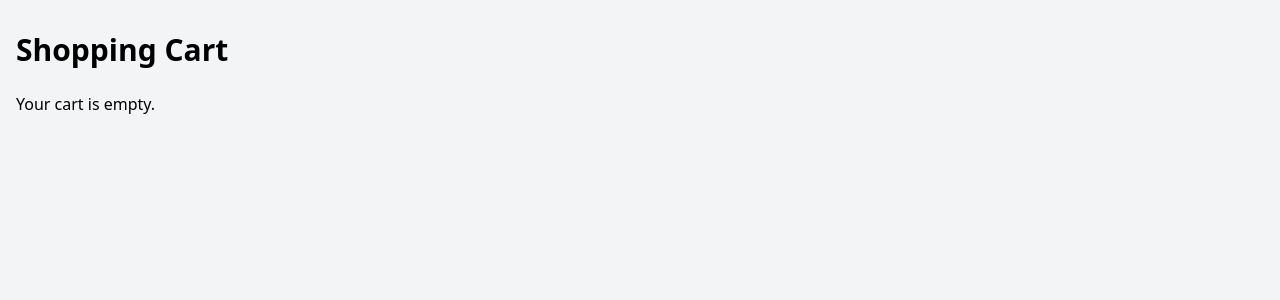
Repository: AsirAl-Anan/php-eccomerce
Page: http://localhost/admin/cart.php
The author's editor kept a copy of each file at every save. The page is drawn from the files as they stood at one save, then again after a run of saves.
The browser window is 1280 px wide. The pictures show the whole page.
Some web libraries are served in a nearby version. The page is run by PHP 8.4 with error messages shown; the project is at /var/www/html/.

Above is the page before, as saved 2024-08-12 00:27:26.

After the next 3 saves:
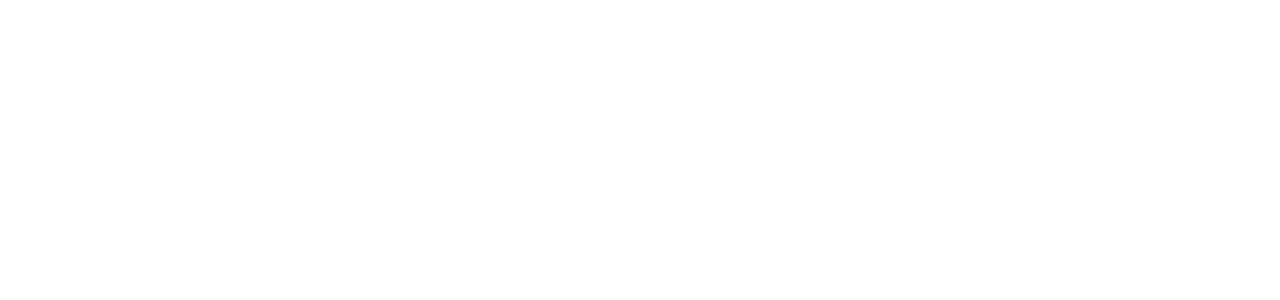
The 3 saves are shown as one change because they came seconds apart.
The last was saved 23 h 40 min later.
--- a/admin/cart.php
+++ b/admin/cart.php
@@ -1,4 +1,4 @@
-<?php
+<!-- <?php
 session_start();
 require_once '../config/config.php';
 
@@ -103,4 +103,4 @@
     }
     </script>
 </body>
-</html>
+</html> -->

After the 6 saves that followed:
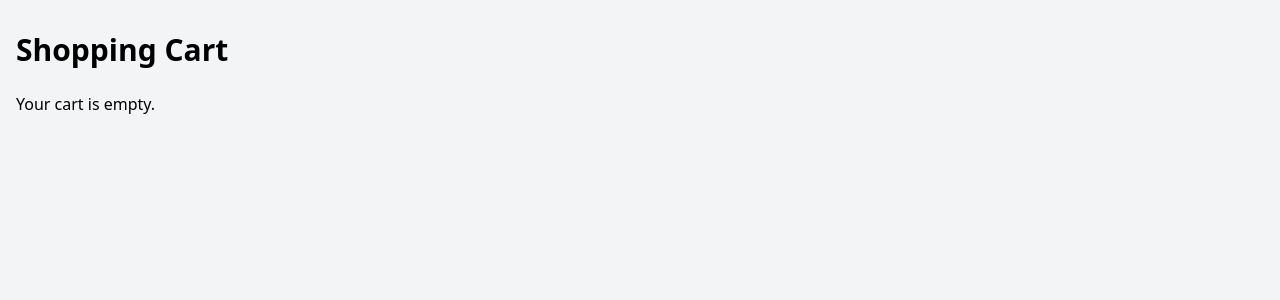
The 6 saves are shown as one change because 2 left the picture as it was and some came seconds apart.
The last was saved 81 s later.
--- a/admin/cart.php
+++ b/admin/cart.php
@@ -1,4 +1,4 @@
-<!-- <?php
+<?php
 session_start();
 require_once '../config/config.php';
 
@@ -103,4 +103,4 @@
     }
     </script>
 </body>
-</html> -->
+</html>
